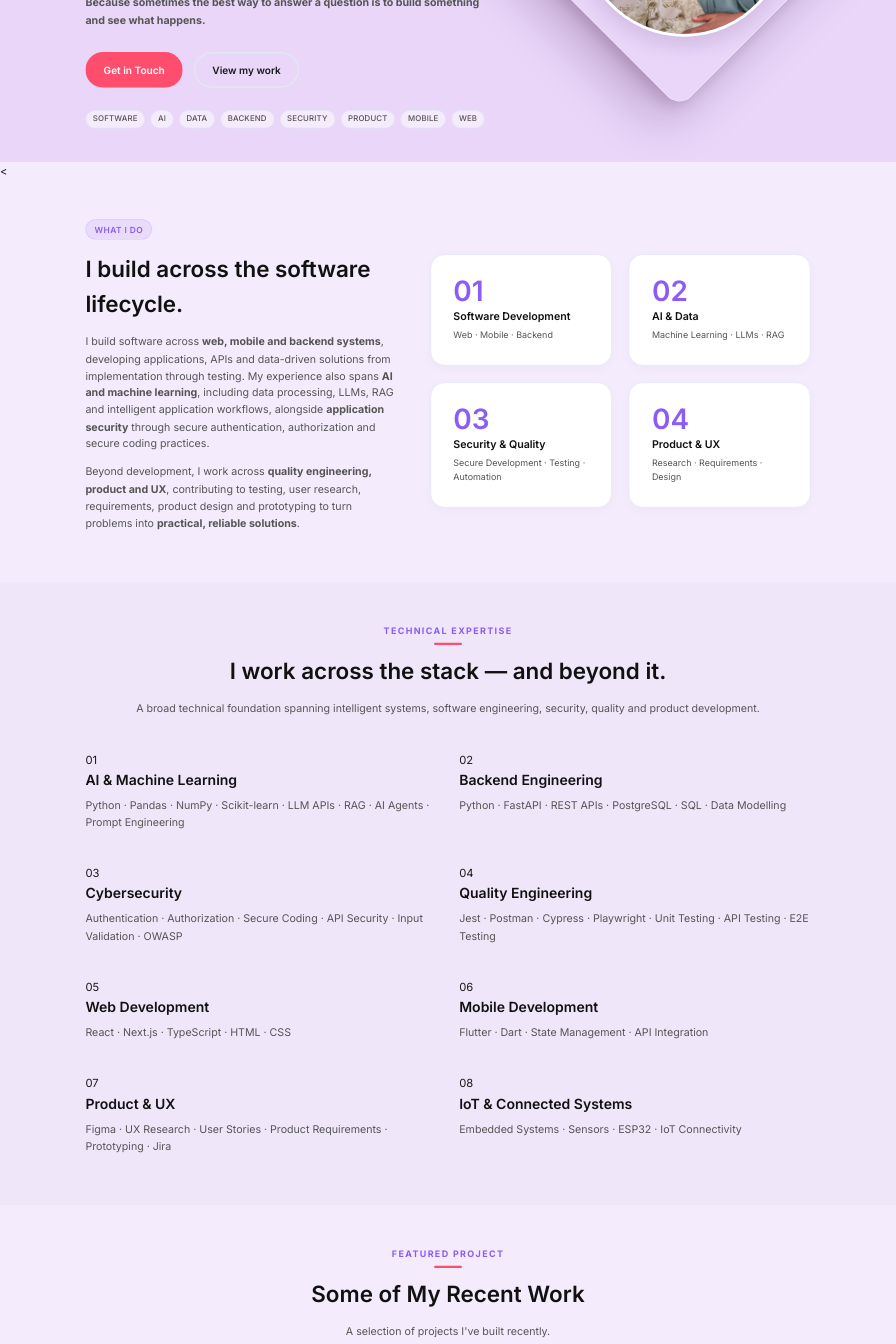
Repository: najmahares/portfolio
Page: index.html
An editor plug-in stored every save of this project. The page is shown before and after the next save, followed by the edit.
The browser window is 1280 px wide. The pictures show the part of the page from y = 536 to 2456 px (the page is 3756 px tall), at 70% of full size.

Above is the page before, as saved 2026-09-19 08:41:03.

### index.html
<!doctype html>
<html lang="en">
  <head>
    <meta charset="UTF-8" />
    <meta name="viewport" content="width=device-width, initial-scale=1.0" />
    <title>Najma Hares | Software Engineer</title>
    <link rel="preconnect" href="https://fonts.googleapis.com" />
    <link rel="preconnect" href="https://fonts.gstatic.com" crossorigin />
    <link
      href="https://fonts.googleapis.com/css2?family=Inter:wght@300;400;500;600;700&display=swap"
      rel="stylesheet"
    />
    <link rel="stylesheet" href="css/style.css" />
  </head>
  <body>
    <!-- Navbar -->
    <nav class="navbar">
      <div class="container nav-container">
        <a href="index.html" class="logo">Najma Hares</a>
        <div class="nav-links">
          <a href="index.html" class="active">Home</a>
          <a href="#about">About</a>
          <a href="#skills">Skills</a>
          <a href="#projects">Projects</a>
          <a href="#contact">Contact</a>
        </div>
        <a href="mailto:haresnajma@gmail.com" class="btn btn-primary magnetic"
          >Let's Talk</a
        >
      </div>
    </nav>

    <!-- Hero Section -->
    <section class="hero">
      <div class="container hero-grid">
        <div class="hero-content">
          <span class="badge reveal"
            >SOFTWARE ENGINEER · AI · DATA · SECURITY</span
          >
          <h1 class="reveal">
            Hi, I'm <span class="text-accent">Najma</span><br />I build
            practical software for real-world problems.
          </h1>
          <p class="hero-desc reveal">
            <strong
              >I like turning <i>“what if?”</i> into <i>“let’s build it.”</i>
            </strong>
            <br />
            I’m naturally curious, and I tend to follow questions all the way
            down the rabbit hole. <br />
            That means researching the problem, challenging assumptions,
            experimenting with ideas and eventually building something that
            people can use. My work has taken me across software, AI, data and
            product design.
            <br />
            <strong
              >Because sometimes the best way to answer a question is to build
              something and see what happens.</strong
            >
          </p>
          <div class="hero-buttons reveal">
            <a href="#contact" class="btn btn-primary magnetic">Get in Touch</a>
            <a href="#projects" class="btn btn-outline magnetic"
              >View my work</a
            >
          </div>
          <div class="tech-stack reveal">
            <span class="badge-sm">Software</span>
            <span class="badge-sm">AI</span>
            <span class="badge-sm">Data</span>
            <span class="badge-sm">Backend</span>
            <span class="badge-sm">Security</span>
            <span class="badge-sm">Product</span>
            <span class="badge-sm">Mobile</span>
            <span class="badge-sm">Web</span>
          </div>
        </div>

        <!-- Hero Image Wrapper -->
        <div class="hero-image-wrapper reveal">
          <div class="avatar-graphic tilt-card" data-rotate="45">
            <img
              src="assets/portfolio_image.jpg"
              alt="Najma Hares"
              class="hero-img"
            />
          </div>
        </div>
      </div>
    </section>

    <!-- About & Stats -->
    <
    <section id="about" class="section">
      <div class="container about-grid">
        <div class="about-text reveal">
          <span class="badge">WHAT I DO</span>
          <h2>I build across the software lifecycle.</h2>

          <p>
            I build software across
            <strong>web, mobile and backend systems</strong>, developing
            applications, APIs and data-driven solutions from implementation
            through testing. My experience also spans
            <strong>AI and machine learning</strong>, including data processing,
            LLMs, RAG and intelligent application workflows, alongside
            <strong>application security</strong> through secure authentication,
            authorization and secure coding practices.
          </p>

          <p>
            Beyond development, I work across
            <strong>quality engineering, product and UX</strong>, contributing
            to testing, user research, requirements, product design and
            prototyping to turn problems into
            <strong>practical, reliable solutions</strong>.
          </p>
        </div>

        <div class="stats-grid">
          <div class="card stat-card reveal tilt-card">
            <h3>01</h3>
            <p>Software Development</p>
            <span class="stat-sub">Web · Mobile · Backend</span>
          </div>

          <div class="card stat-card reveal tilt-card">
            <h3>02</h3>
            <p>AI &amp; Data</p>
            <span class="stat-sub">Machine Learning · LLMs · RAG</span>
          </div>

          <div class="card stat-card reveal tilt-card">
            <h3>03</h3>
            <p>Security &amp; Quality</p>
            <span class="stat-sub"
              >Secure Development · Testing · Automation</span
            >
          </div>

          <div class="card stat-card reveal tilt-card">
            <h3>04</h3>
            <p>Product &amp; UX</p>
            <span class="stat-sub">Research · Requirements · Design</span>
          </div>
        </div>
      </div>
    </section>
    <!-- Skills -->
    <section id="skills" class="section bg-alt">
      <div class="container">
        <div class="section-header reveal">
          <span class="section-tag">TECHNICAL EXPERTISE</span>
          <h2>I work across the stack — and beyond it.</h2>
          <p>
            A broad technical foundation spanning intelligent systems, software
            engineering, security, quality and product development.
          </p>
        </div>

        <div class="skills-grid">
          <div class="skill-item reveal">
            <span class="skill-number">01</span>
            <div class="skill-content">
              <h3>AI &amp; Machine Learning</h3>
              <p>
                Python · Pandas · NumPy · Scikit-learn · LLM APIs · RAG · AI
                Agents · Prompt Engineering
              </p>
            </div>
          </div>

          <div class="skill-item reveal">
            <span class="skill-number">02</span>
            <div class="skill-content">
              <h3>Backend Engineering</h3>
              <p>
                Python · FastAPI · REST APIs · PostgreSQL · SQL · Data Modelling
              </p>
            </div>
          </div>

          <div class="skill-item reveal">
            <span class="skill-number">03</span>
            <div class="skill-content">
              <h3>Cybersecurity</h3>
              <p>
                Authentication · Authorization · Secure Coding · API Security ·
                Input Validation · OWASP
              </p>
            </div>
          </div>

          <div class="skill-item reveal">
            <span class="skill-number">04</span>
            <div class="skill-content">
              <h3>Quality Engineering</h3>
              <p>
                Jest · Postman · Cypress · Playwright · Unit Testing · API
                Testing · E2E Testing
              </p>
            </div>
          </div>

          <div class="skill-item reveal">
            <span class="skill-number">05</span>
            <div class="skill-content">
              <h3>Web Development</h3>
              <p>React · Next.js · TypeScript · HTML · CSS</p>
            </div>
          </div>

          <div class="skill-item reveal">
            <span class="skill-number">06</span>
            <div class="skill-content">
              <h3>Mobile Development</h3>
              <p>Flutter · Dart · State Management · API Integration</p>
            </div>
          </div>

          <div class="skill-item reveal">
            <span class="skill-number">07</span>
            <div class="skill-content">
              <h3>Product &amp; UX</h3>
              <p>
                Figma · UX Research · User Stories · Product Requirements ·
                Prototyping · Jira
              </p>
            </div>
          </div>

          <div class="skill-item reveal">
            <span class="skill-number">08</span>
            <div class="skill-content">
              <h3>IoT &amp; Connected Systems</h3>
              <p>Embedded Systems · Sensors · ESP32 · IoT Connectivity</p>
            </div>
          </div>
        </div>
      </div>
    </section>
    <!-- Recent Work -->
    <section id="projects" class="section">
      <div class="container">
        <div class="section-header reveal">
          <span class="section-tag">FEATURED PROJECT</span>
          <h2>Some of My Recent Work</h2>
          <p>A selection of projects I've built recently.</p>
        </div>
        <div class="projects-grid">
          <a href="project.html" class="card project-card reveal tilt-card">
            <div class="project-img placeholder-1"></div>
            <div class="project-info">
              <span class="section-tag-sm">FEATURED PROJECT</span>
              <h3>Auditerra</h3>
              <p class="project-subtitle">
                Land Restoration Monitoring Platform
              </p>
              <p class="project-desc">
                A two-interface platform connecting field experts with
                smallholder farmers.
              </p>
              <div class="project-tags">
                <span class="badge-sm">React</span>
                <span class="badge-sm">Flutter</span>
                <span class="badge-sm">Gemini</span>
              </div>
            </div>
          </a>
          <a href="project.html" class="card project-card reveal tilt-card">
            <div class="project-img placeholder-2"></div>
            <div class="project-info">
              <span class="badge-sm">SOCIAL IMPACT PROJECT</span>
              <h3>Bloombox Kits</h3>
              <p class="project-subtitle">Portable Beauty-Kit Venture</p>
              <p class="project-desc">
                A portable beauty-kit venture supporting girls' education.
              </p>
              <div class="project-tags">
                <span class="badge-sm">Entrepreneurship</span>
                <span class="badge-sm">Social Impact</span>
              </div>
            </div>
          </a>
          <a href="project.html" class="card project-card reveal tilt-card">
            <div class="project-img placeholder-3"></div>
            <div class="project-info">
              <span class="badge-sm">DATA & MACHINE LEARNING</span>
              <h3>Machine Learning Project</h3>
              <p class="project-subtitle">[Actual Project Name]</p>
              <p class="project-desc">
                A machine-learning project focused on solving real-world data
                problems.
              </p>
              <div class="project-tags">
                <span class="badge-sm">Python</span>
                <span class="badge-sm">ML</span>
              </div>
            </div>
          </a>
        </div>
      </div>
    </section>

    <!-- Footer -->
    <footer id="contact" class="footer">
      <div class="container footer-grid">
        <div class="footer-cta reveal">
          <span class="badge">LET'S WORK TOGETHER</span>
          <h2>Have an idea worth building?</h2>
          <p>
            I'm always interested in learning, building and working on problems
            where technology can create meaningful value.
          </p>
          <a href="mailto:haresnajma@gmail.com" class="btn btn-primary magnetic"
            >Let's Talk</a
          >
        </div>
        <div class="footer-info reveal">
          <div class="card personal-card">
            <span class="badge-sm">CURRENTLY</span>
            <h3>Building & learning</h3>
            <p><strong>Najma Hares</strong><br />Software Engineer</p>
            <div class="personal-focus">
              <span>Software Engineering</span>
              <span>AI & Data</span>
              <span>Product Development</span>
            </div>
          </div>
          <div class="social-links">
            <h4>Follow Me</h4>
            <a href="#">GitHub</a>
            <a href="#">LinkedIn</a>
            <a href="mailto:haresnajma@gmail.com">haresnajma@gmail.com</a>
          </div>
        </div>
      </div>
      <div class="container footer-bottom">
        <p>&copy; 2026 Najma Hares Muhumed. All rights reserved.</p>
        <p>Made with ❤️ by Najma</p>
      </div>
    </footer>

    <script src="js/main.js"></script>
  </body>
</html>

### css/style.css
:root {
  --bg-nav: #3d0b43;
  --bg-hero: #e9d6f9;
  --bg-body: #f4ebfc;
  --bg-card: #ffffff;

  --text-main: #1a1a1a;
  --text-heading: #111111;
  --text-muted: #555555;

  --accent: #ff4d6d;
  --accent-purple: #8b5cf6;
  --border: #e2e8f0;
  --border-radius: 20px;
  --font-main: "Inter", sans-serif;
}

* {
  margin: 0;
  padding: 0;
  box-sizing: border-box;
}

html {
  scroll-behavior: smooth;
}

body {
  font-family: var(--font-main);
  background-color: var(--bg-body);
  color: var(--text-main);
  line-height: 1.6;
  overflow-x: hidden;
}

a {
  text-decoration: none;
  color: inherit;
  transition: color 0.3s;
}
ul {
  list-style: none;
}

.container {
  max-width: 1100px;
  margin: 0 auto;
  padding: 0 2rem;
}
.section {
  padding: 5rem 0;
}
.bg-alt {
  background-color: #f0e6fa;
}
.text-accent {
  color: var(--accent);
}

h1 {
  font-size: clamp(2rem, 4vw, 3rem);
  line-height: 1.2;
  font-weight: 700;
  margin-bottom: 1rem;
  color: var(--text-heading);
}
h2 {
  font-size: 2rem;
  font-weight: 600;
  margin-bottom: 1rem;
  color: var(--text-heading);
}
h3 {
  font-size: 1.25rem;
  font-weight: 600;
  margin-bottom: 0.5rem;
  color: var(--text-heading);
}
p {
  color: var(--text-muted);
  margin-bottom: 1rem;
  font-size: 0.95rem;
}

.btn {
  display: inline-block;
  padding: 0.75rem 1.5rem;
  border-radius: 50px;
  font-weight: 600;
  font-size: 0.9rem;
  cursor: pointer;
  transition: all 0.3s ease;
  border: 2px solid transparent;
}
.btn-primary {
  background-color: var(--accent);
  color: #ffffff;
}
.btn-primary:hover {
  background-color: #e63956;
  transform: translateY(-2px);
  box-shadow: 0 4px 15px rgba(255, 77, 109, 0.4);
}
.btn-outline {
  background-color: transparent;
  border-color: var(--border);
  color: var(--text-main);
}
.btn-outline:hover {
  border-color: var(--accent-purple);
  color: var(--accent-purple);
  transform: translateY(-2px);
}
.badge {
  display: inline-block;
  padding: 0.25rem 0.75rem;
  background-color: rgba(139, 92, 246, 0.1);
  color: var(--accent-purple);
  border-radius: 50px;
  font-size: 0.75rem;
  font-weight: 600;
  margin-bottom: 1rem;
  border: 1px solid rgba(139, 92, 246, 0.2);
  text-transform: uppercase;
  letter-spacing: 0.05em;
}
.badge-sm {
  display: inline-block;
  padding: 0.2rem 0.6rem;
  background-color: var(--bg-body);
  border: 1px solid var(--border);
  border-radius: 50px;
  font-size: 0.7rem;
  font-weight: 500;
  color: var(--text-muted);
  text-transform: uppercase;
  letter-spacing: 0.02em;
}
.link-arrow {
  color: var(--accent);
  font-weight: 600;
  font-size: 0.9rem;
  display: inline-flex;
  align-items: center;
  gap: 0.25rem;
}
.link-arrow:hover {
  gap: 0.5rem;
  color: #e63956;
}

.navbar {
  position: sticky;
  top: 0;
  background-color: var(--bg-nav);
  z-index: 100;
  border-bottom: 1px solid rgba(255, 255, 255, 0.1);
}
.nav-container {
  display: flex;
  justify-content: space-between;
  align-items: center;
  height: 72px;
}
.logo {
  font-size: 1.25rem;
  font-weight: 700;
  color: #ffffff;
  font-family: monospace;
}
.nav-links {
  display: flex;
  gap: 2rem;
}
.nav-links a {
  font-size: 0.9rem;
  font-weight: 500;
  color: rgba(255, 255, 255, 0.7);
}
.nav-links a:hover,
.nav-links a.active {
  color: #ffffff;
}

.hero {
  padding: 5rem 0 4rem;
  background-color: var(--bg-hero);
  position: relative;
  overflow: hidden;
}

.hero-grid {
  display: grid;
  grid-template-columns: 1.6fr 1fr;
  gap: 6rem;
  align-items: center;
}

.hero-desc {
  font-size: 0.95rem;
  max-width: 100%;
  margin-bottom: 2rem;
  line-height: 1.7;
}

.hero-buttons {
  display: flex;
  gap: 1rem;
  margin-bottom: 2rem;
}

.tech-stack {
  display: flex;
  flex-wrap: wrap;
  gap: 0.5rem;
}

.hero-image-wrapper {
  display: flex;
  justify-content: center;
  align-items: center;
  position: relative;
  min-height: 550px;
}

.avatar-graphic {
  width: 100%;
  max-width: 380px;
  height: 380px;
  border-radius: 24px;
  display: flex;
  align-items: center;
  justify-content: center;
  position: relative;
  z-index: 10;
  background-color: var(--bg-hero);
  box-shadow: 0 25px 50px rgba(61, 11, 67, 0.1);
  overflow: hidden;
  transition:
    transform 0.5s ease,
    box-shadow 0.5s ease;
  transform: rotate(45deg);
  border: 1px solid rgba(255, 255, 255, 0.5);
}

.avatar-graphic:hover {
  box-shadow: 0 30px 60px rgba(61, 11, 67, 0.15);
}

.hero-img {
  width: 85%;
  height: 85%;
  object-fit: cover;
  object-position: center top;
  border-radius: 50%;
  border: 4px solid #ffffff;
  box-shadow: 0 10px 30px rgba(61, 11, 67, 0.15);
  display: block;
  transform: rotate(-45deg);
}

.about-grid {
  display: grid;
  grid-template-columns: 1fr 1fr;
  gap: 4rem;
  align-items: center;
}
.stats-grid {
  display: grid;
  grid-template-columns: 1fr 1fr;
  gap: 1.5rem;
}
.card {
  background-color: var(--bg-card);
  border: 1px solid var(--border);
  border-radius: var(--border-radius);
  padding: 1.5rem;
  box-shadow: 0 4px 15px rgba(0, 0, 0, 0.03);
  transition:
    transform 0.3s ease,
    box-shadow 0.3s ease;
}
.card:hover {
  transform: translateY(-3px);
  box-shadow: 0 8px 25px rgba(0, 0, 0, 0.06);
}
.stat-card h3 {
  font-size: 2.5rem;
  color: var(--accent-purple);
  margin-bottom: 0.25rem;
  line-height: 1;
}
.stat-card p {
  font-size: 0.95rem;
  font-weight: 600;
  color: var(--text-heading);
  margin-bottom: 0.25rem;
}
.stat-sub {
  font-size: 0.8rem;
  color: var(--text-muted);
  display: block;
}

.section-header {
  text-align: center;
  margin-bottom: 3rem;
}
.skills-grid {
  display: grid;
  grid-template-columns: 1fr 1fr;
  gap: 2rem;
}
.skill-info {
  display: flex;
  justify-content: space-between;
  margin-bottom: 0.5rem;
  font-size: 0.9rem;
  font-weight: 500;
  color: var(--text-heading);
}
.skill-info span:last-child {
  color: var(--text-muted);
  font-size: 0.8rem;
}
.progress-bar {
  height: 8px;
  background-color: rgba(139, 92, 246, 0.1);
  border-radius: 4px;
  overflow: hidden;
}
.progress {
  height: 100%;
  background: linear-gradient(90deg, var(--accent-purple), var(--accent));
  border-radius: 4px;
}

.projects-grid {
  display: grid;
  grid-template-columns: repeat(auto-fit, minmax(300px, 1fr));
  gap: 2rem;
}
.project-card {
  padding: 0;
  overflow: hidden;
  display: flex;
  flex-direction: column;
  cursor: pointer;
}
.project-img {
  height: 180px;
  border-bottom: 1px solid var(--border);
}
.placeholder-1 {
  background: linear-gradient(45deg, #a18cd1, #fbc2eb);
}
.placeholder-2 {
  background: linear-gradient(45deg, #ff9a9e, #fecfef);
}
.placeholder-3 {
  background: linear-gradient(45deg, #4facfe, #00f2fe);
}
.project-info {
  padding: 1.5rem;
  display: flex;
  flex-direction: column;
  flex-grow: 1;
}
.project-subtitle {
  font-size: 0.8rem;
  font-weight: 600;
  color: var(--accent);
  margin-bottom: 0.5rem;
  text-transform: uppercase;
  letter-spacing: 0.05em;
}
.project-desc {
  font-size: 0.9rem;
  margin-bottom: 1rem;
  flex-grow: 1;
}
.project-tags {
  display: flex;
  flex-wrap: wrap;
  gap: 0.5rem;
  margin: 1rem 0;
}

.footer {
  background-color: var(--bg-nav);
  color: #ffffff;
  padding: 4rem 0 2rem;
}
.footer-grid {
  display: grid;
  grid-template-columns: 1fr 1fr;
  gap: 4rem;
  margin-bottom: 3rem;
}
.footer-cta h2 {
  color: #ffffff;
  font-size: 2rem;
}
.footer-cta p {
  color: rgba(255, 255, 255, 0.7);
  margin-bottom: 1.5rem;
}
.footer-info {
  display: flex;
  flex-direction: column;
  gap: 2rem;
}
.personal-card {
  background: rgba(255, 255, 255, 0.05);
  border: 1px solid rgba(255, 255, 255, 0.1);
}
.personal-card h3 {
  color: #ffffff;
}
.personal-card p {
  color: rgba(255, 255, 255, 0.7);
}
.personal-focus {
  display: flex;
  flex-wrap: wrap;
  gap: 0.5rem;
  margin-top: 1rem;
}
.personal-focus span {
  font-size: 0.75rem;
  background: rgba(139, 92, 246, 0.2);
  color: #d8b4fe;
  padding: 0.2rem 0.6rem;
  border-radius: 4px;
}
.social-links h4 {
  color: #ffffff;
  margin-bottom: 1rem;
}
.social-links a {
  display: block;
  color: rgba(255, 255, 255, 0.7);
  margin-bottom: 0.5rem;
  font-weight: 500;
}
.social-links a:hover {
  color: var(--accent);
}
.footer-bottom {
  display: flex;
  justify-content: space-between;
  padding-top: 2rem;
  border-top: 1px solid rgba(255, 255, 255, 0.1);
  font-size: 0.85rem;
  color: rgba(255, 255, 255, 0.5);
}

.reveal {
  opacity: 0;
  transform: translateY(30px);
  transition: all 0.8s cubic-bezier(0.5, 0, 0, 1);
}
.reveal.active {
  opacity: 1;
  transform: translateY(0);
}

@media (max-width: 992px) {
  .hero-grid,
  .about-grid,
  .footer-grid {
    grid-template-columns: 1fr;
  }
  .hero-image-wrapper {
    order: -1;
    margin-bottom: 3rem;
    min-height: auto;
  }
  .skills-grid {
    grid-template-columns: 1fr;
  }
}
@media (max-width: 768px) {
  .nav-links {
    display: none;
  }
  .hero-buttons {
    flex-direction: column;
  }
  .stats-grid {
    grid-template-columns: 1fr;
  }
  .footer-bottom {
    flex-direction: column;
    gap: 1rem;
    text-align: center;
  }
  .avatar-graphic {
    max-width: 300px;
    height: 300px;
  }
}
.avatar-graphic {
  width: 100%;
  max-width: 380px;
  height: 380px;
  border-radius: 24px;
  display: flex;
  align-items: center;
  justify-content: center;
  position: relative;
  z-index: 10;
  background-color: var(--bg-hero);

  box-shadow:
    0 35px 70px rgba(61, 11, 67, 0.25),
    0 10px 20px rgba(61, 11, 67, 0.15);

  overflow: hidden;
  transition:
    transform 0.5s ease,
    box-shadow 0.5s ease;
  transform: rotate(45deg);
}

.avatar-graphic:hover {
  box-shadow:
    0 45px 90px rgba(61, 11, 67, 0.35),
    0 15px 30px rgba(61, 11, 67, 0.2);
}

.section-tag {
  display: inline-block;
  font-size: 0.8rem;
  font-weight: 700;
  color: var(--accent-purple);
  text-transform: uppercase;
  letter-spacing: 0.15em;
  margin-bottom: 0.75rem;
  position: relative;
}

.section-tag::after {
  content: "";
  display: block;
  width: 40px;
  height: 3px;
  background-color: var(--accent);
  margin: 6px auto 0;
  border-radius: 2px;
}

.section {
  padding: 3.5rem 0;
}

.hero {
  padding: 4rem 0 3rem;
}

.about-grid {
  display: grid;
  grid-template-columns: 0.9fr 1.1fr;
  gap: 3rem;
  align-items: center;
}

.stats-grid {
  display: grid;
  grid-template-columns: 1fr 1fr;
  gap: 1.5rem;
}

.card {
  background-color: var(--bg-card);
  border: 1px solid var(--border);
  border-radius: var(--border-radius);
  padding: 2rem;
  box-shadow: 0 4px 15px rgba(0, 0, 0, 0.03);
  transition:
    transform 0.3s ease,
    box-shadow 0.3s ease;
}

Loaded but not shown: js/main.js (72 lines, source omitted)

After the next save:
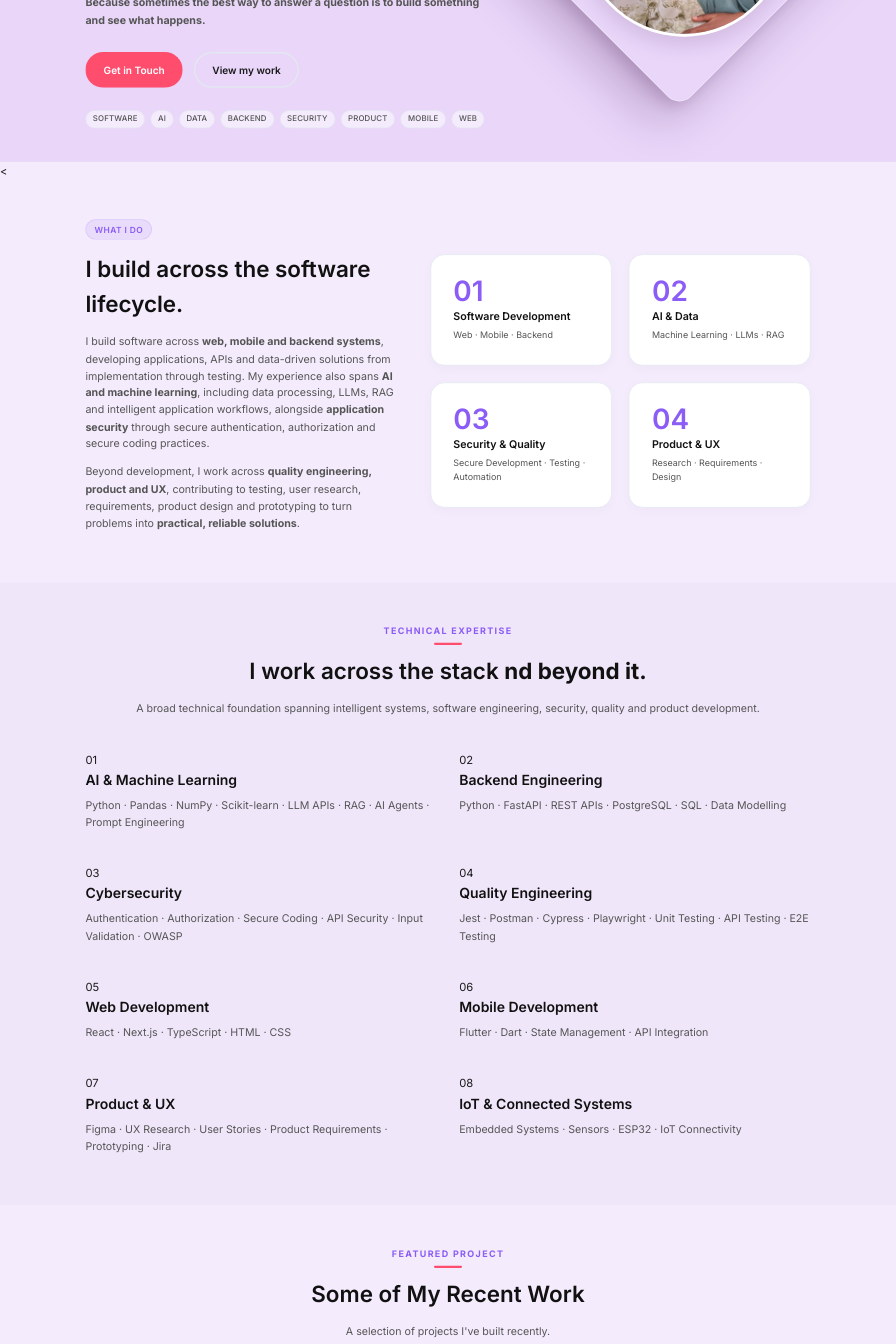
Saved 27 s later.
--- a/index.html
+++ b/index.html
@@ -151,7 +151,7 @@
       <div class="container">
         <div class="section-header reveal">
           <span class="section-tag">TECHNICAL EXPERTISE</span>
-          <h2>I work across the stack — and beyond it.</h2>
+          <h2>I work across the stack <strong>nd beyond it.</strong></h2>
           <p>
             A broad technical foundation spanning intelligent systems, software
             engineering, security, quality and product development.
